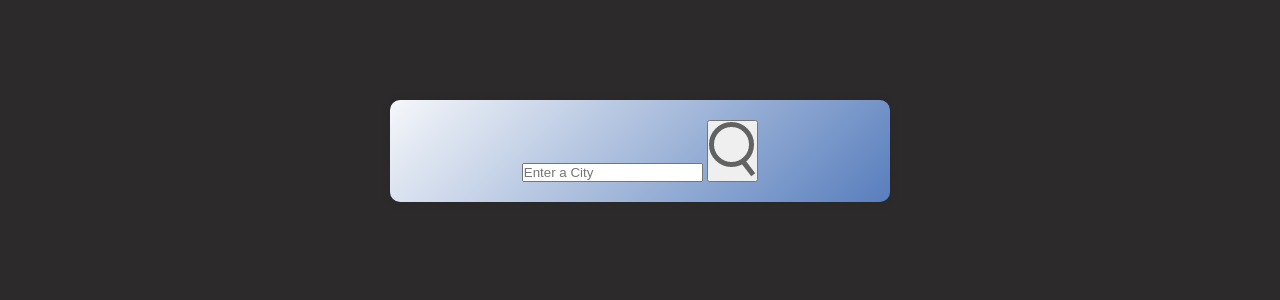
Repository: Haakim19/weatherApp
Page: index.html
An editor plug-in stored every save of this project. The page is shown before and after the next save, followed by the edit.
The browser window is 1280 px wide. The pictures show the whole page.

Above is the page before, as saved 2024-11-16 21:01:00.

After the next save:
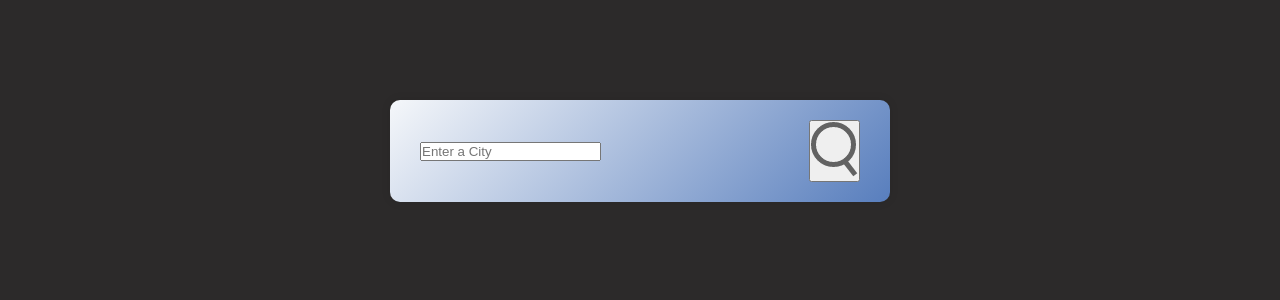
Saved 57 s later.
--- a/style.css
+++ b/style.css
@@ -19,3 +19,9 @@ body{
     text-align: center;
     box-shadow: 0 0 10px rgba(0,0,0,0.1);
 }
+.search{
+    width: 100%;
+    display: flex;
+    justify-content: space-between;
+    align-items: center;
+}
